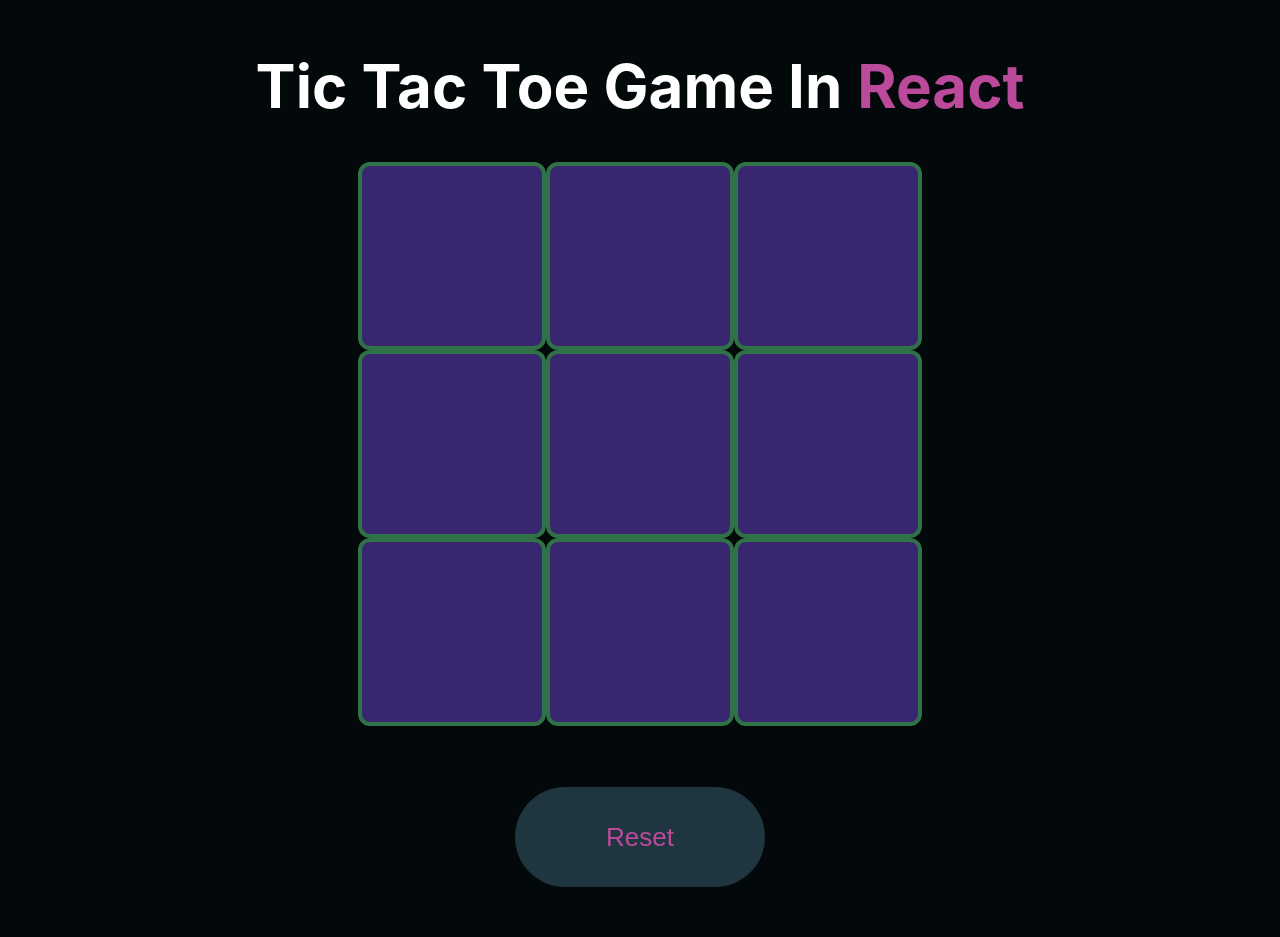
Repository: GigaByte6610/TicTacToe
Page: /
An editor plug-in stored every save of this project. The page is shown before and after the next save, followed by the edit.
The browser window is 1280 px wide. The pictures show the whole page.
The project was rebuilt for these pictures with package versions that can differ from the ones it lists, and the page was loaded fresh each time. Also part of the build but not shown: src/App.css.

Above is the page before, as saved 2025-02-01 07:19:13.

After the next save:
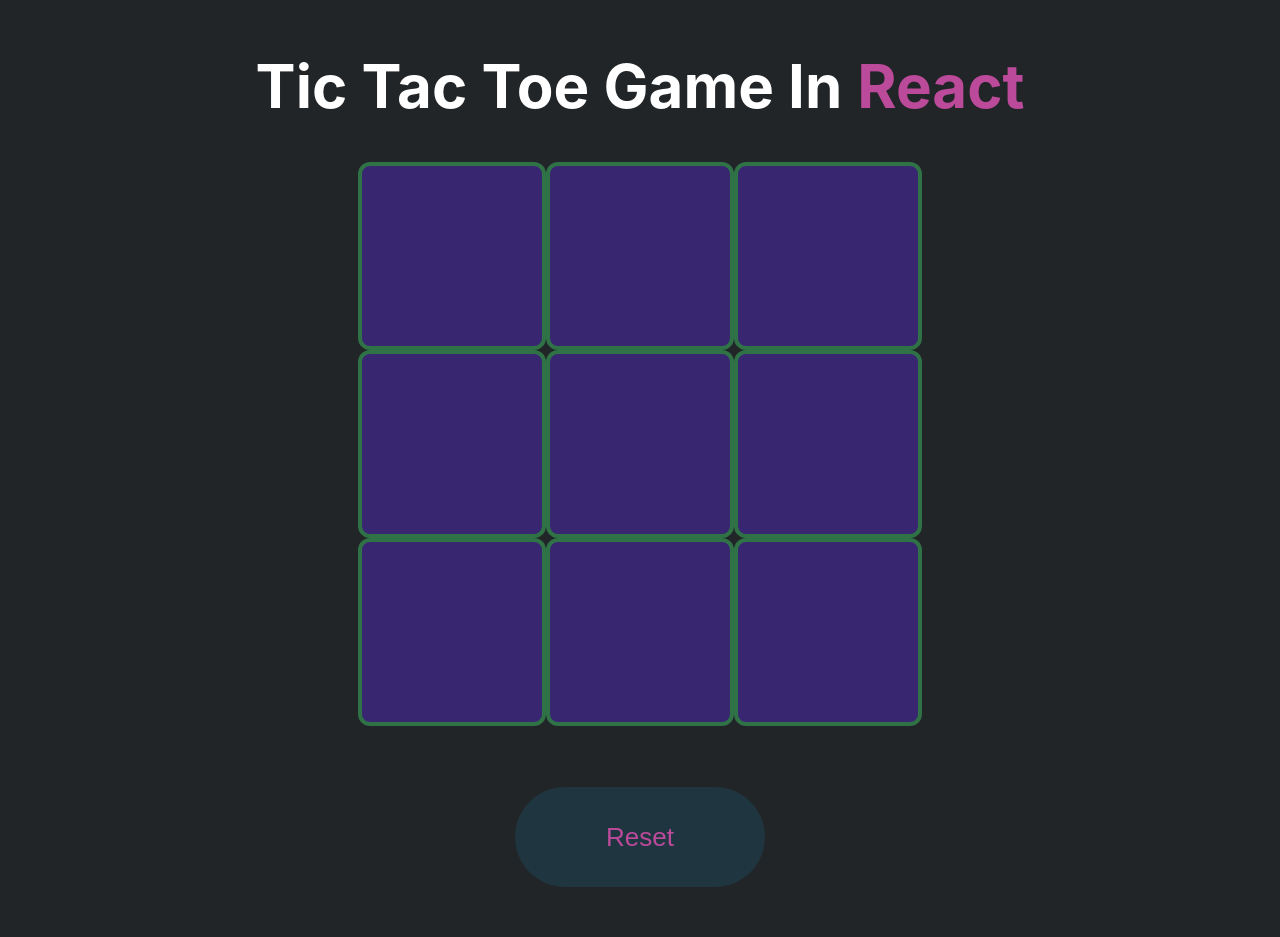
Saved 13 s later.
--- a/src/index.css
+++ b/src/index.css
@@ -3,7 +3,7 @@
     font-family: -apple-system, BlinkMacSystemFont, 'Segoe UI', 'Roboto', 'Oxygen', 'Ubuntu', 'Cantarell', 'Fira Sans', 'Droid Sans', 'Helvetica Neue', sans-serif;
     -webkit-font-smoothing: antialiased;
     -moz-osx-font-smoothing: grayscale;
-    background: #03080b;
+    background: #222527;
 }
 
 code {
